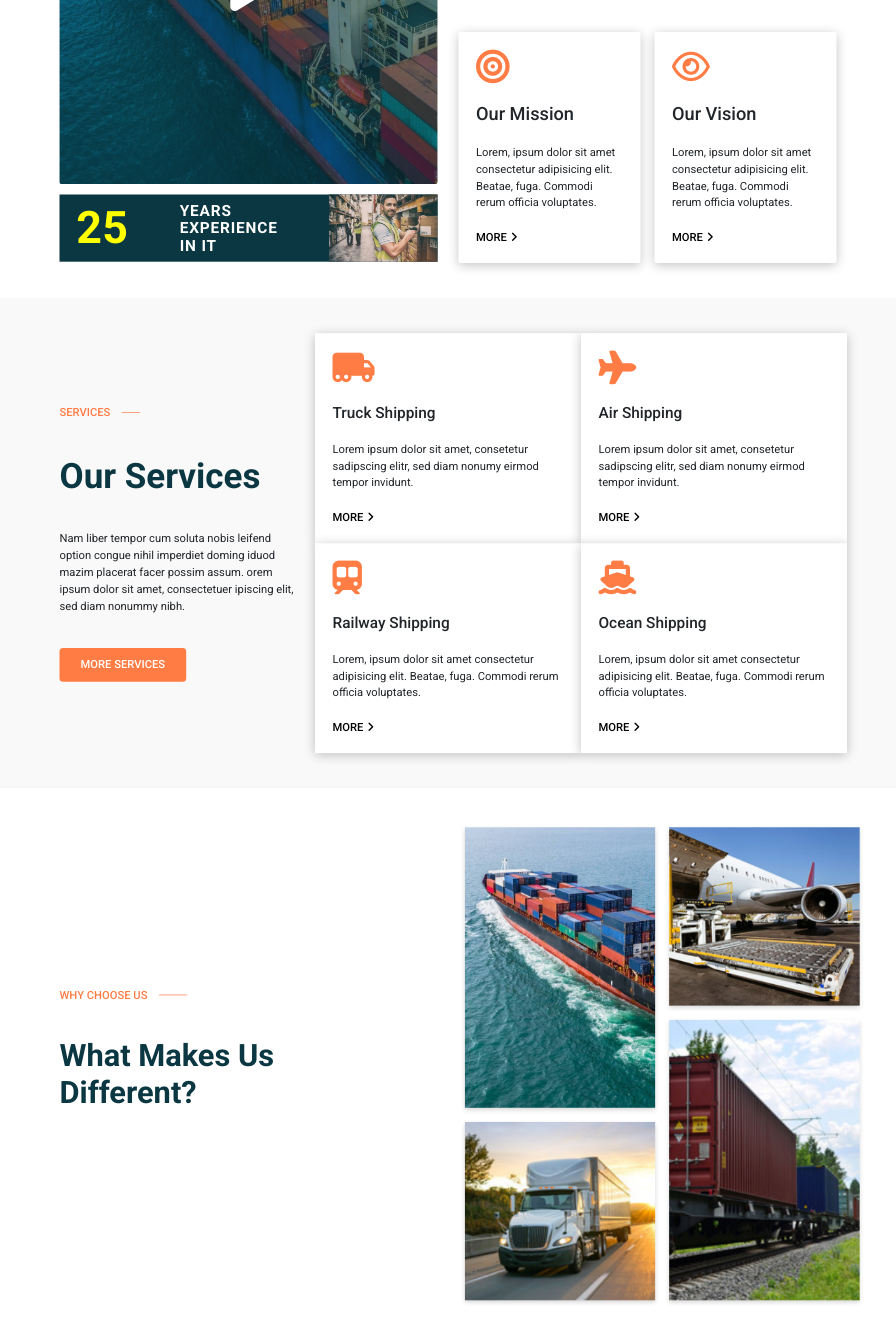
Repository: nazmulalok/shipping-theme
Page: index.html
An editor plug-in stored every save of this project. The page is shown before and after the next save, followed by the edit.
The browser window is 1280 px wide. The pictures show the part of the page from y = 1327 to 3247 px (the page is 3247 px tall), at 70% of full size.
Some web libraries are served in a nearby version.

Above is the page before, as saved 2022-10-08 23:12:30.

After the next save:
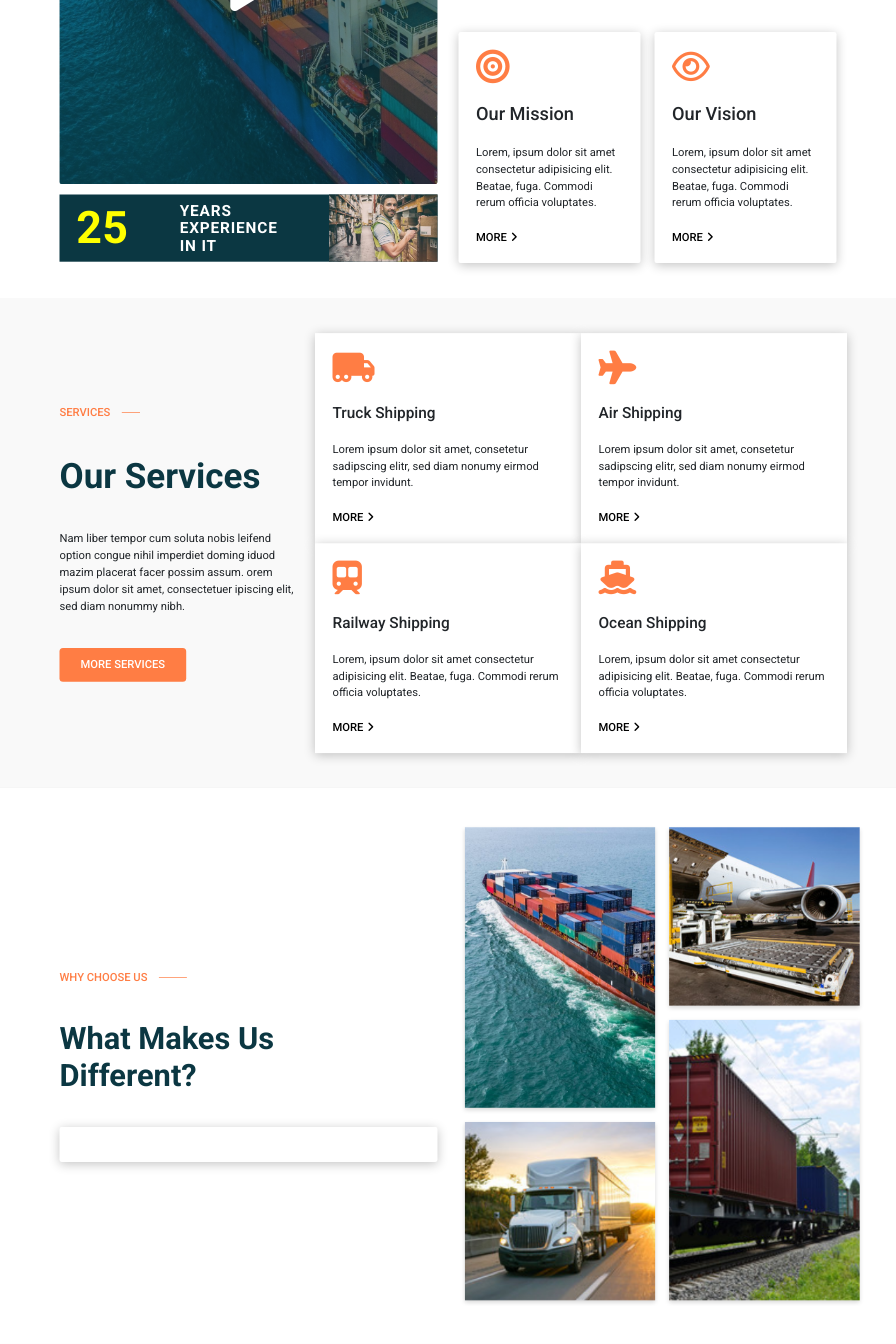
Saved 2 min 0 s later.
--- a/index.html
+++ b/index.html
@@ -223,6 +223,13 @@
                         <span class="sp-title">Why Choose Us</span>
                         <h3 class="mb-5">What Makes Us <br>
                             Different?</h3>
+                        <div class="why-choose-box">
+                            <div class="common-box d-flex">
+                                <div class="content">
+
+                                </div>
+                            </div>
+                        </div>
                     </div>
                     <div class="col-lg-6">
                         <div class="img-box">
